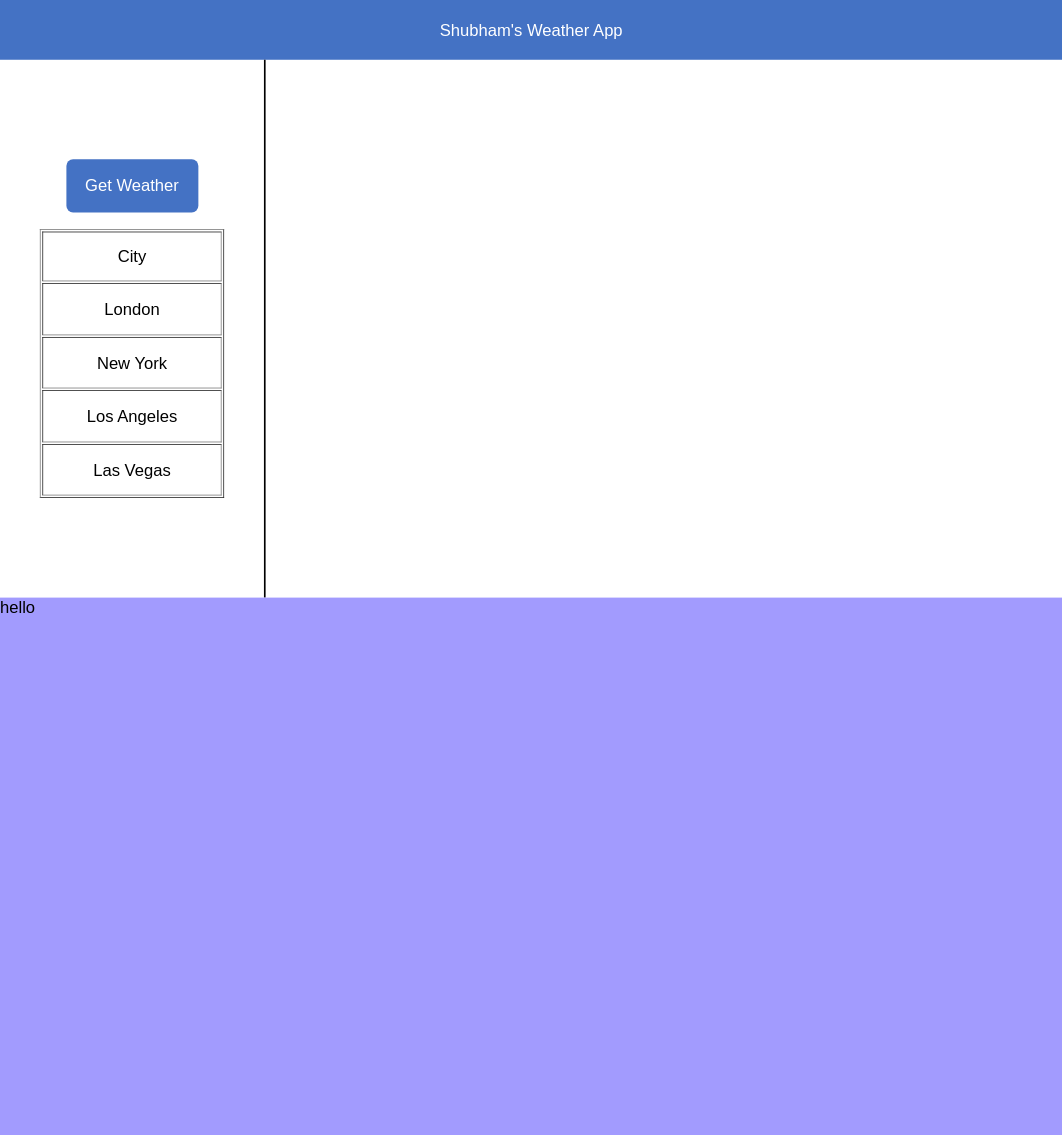
Repository: hey-shubham/WeatherAPI
Page: index.html
These files come from the project's save history. The page is drawn as it stood at one moment and after a run of saves; the edit follows.
The browser window is 1280 px wide. The pictures show the whole page, at 83% of full size.

Above is the page before, as saved 2022-03-28 21:02:46.

After the next 4 saves:
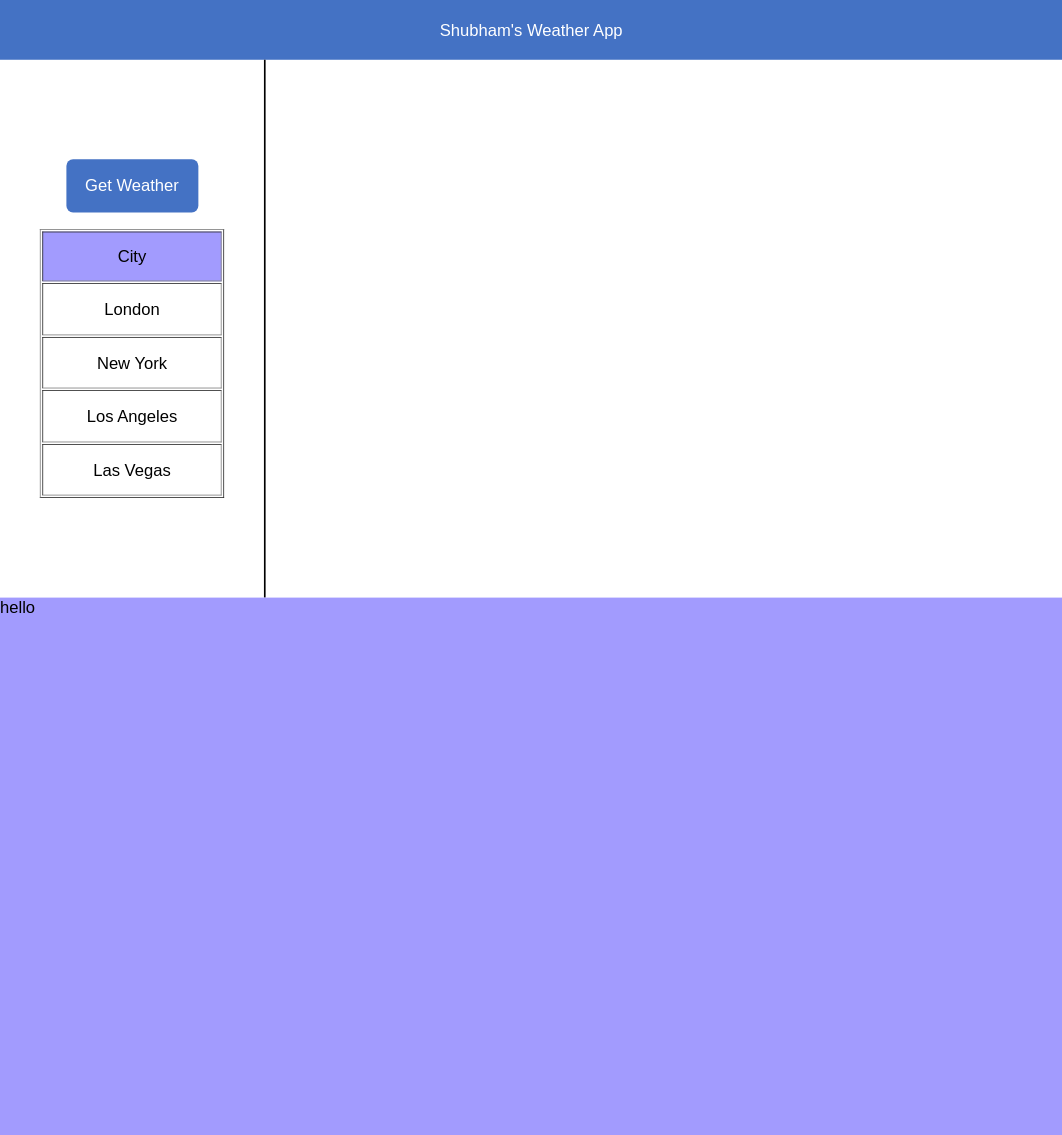
The 4 saves are shown as one change because they came seconds apart.
The last was saved 10 s later.
--- a/style.css
+++ b/style.css
@@ -47,6 +47,8 @@ aside table{
 }
 aside thead td{
     height: 3rem;
+    background-color: #a29bfe;
+
 }
 aside td{
     text-align: center;
